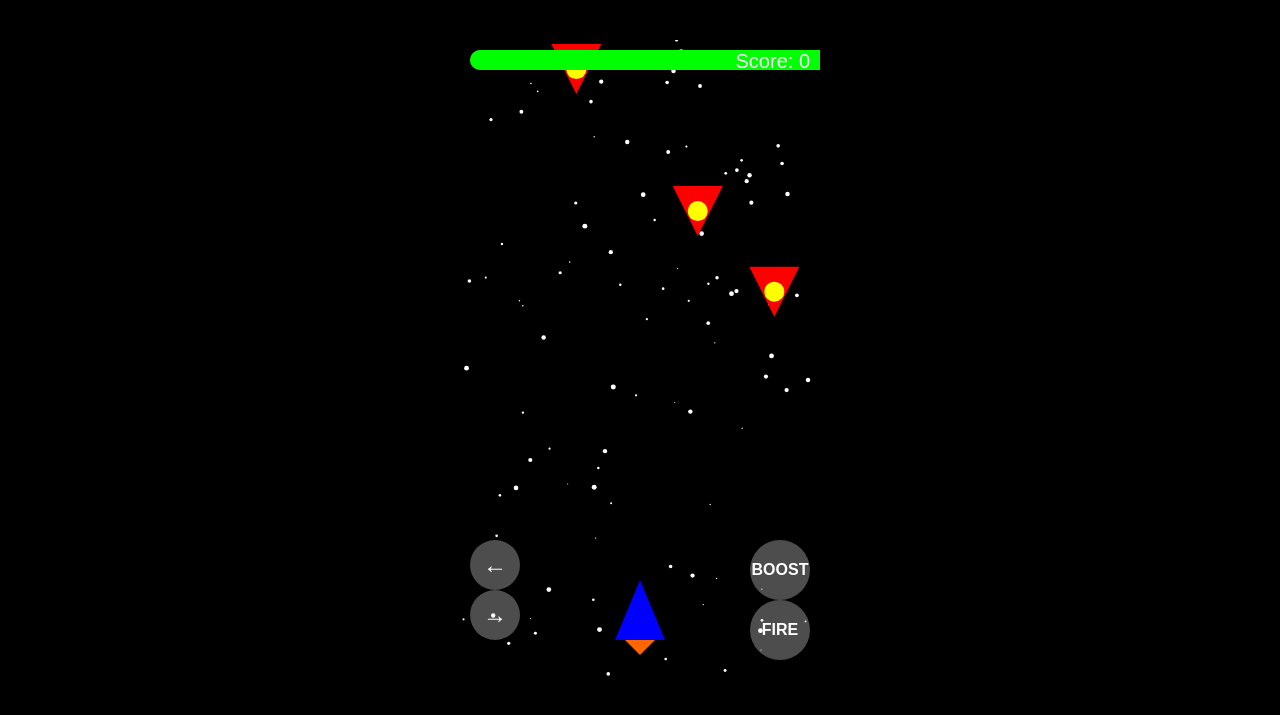
Repository: BiranOrundas/space-shooter
Page: space-shooter.html
The author's editor kept a copy of each file at every save. The page is drawn from the files as they stood at one save, then again after the next save.
The browser window is 1280 px wide. The pictures show the whole page.

Above is the page before, as saved 2025-03-13 13:08:27.

### space-shooter.html
<!DOCTYPE html>
<html lang="en">
<head>
  <meta charset="UTF-8">
  <meta name="viewport" content="width=device-width, initial-scale=1.0">
  <title>Space Shooter</title>
  <style>
    body {
      margin: 0;
      overflow: hidden;
      touch-action: none;
      font-family: Arial, sans-serif;
      background-color: #000;
      display: flex;
      justify-content: center;
      align-items: center;
      height: 100vh;
    }

    #game-container {
      position: relative;
      width: 360px;
      height: 640px;
      background-color: #000;
      overflow: hidden;
      touch-action: none;
    }

    #game-canvas {
      width: 100%;
      height: 100%;
    }

    #controls {
      position: absolute;
      bottom: 20px;
      left: 0;
      width: 100%;
      display: flex;
      justify-content: space-between;
      z-index: 10;
    }

    .direction-btn {
      width: 50px;
      height: 50px;
      background-color: rgba(255, 255, 255, 0.3);
      border-radius: 50%;
      display: flex;
      justify-content: center;
      align-items: center;
      color: white;
      font-weight: bold;
      font-size: 24px;
      user-select: none;
      margin: 0 10px;
    }

    .action-btn {
      width: 60px;
      height: 60px;
      background-color: rgba(255, 255, 255, 0.3);
      border-radius: 50%;
      display: flex;
      justify-content: center;
      align-items: center;
      color: white;
      font-weight: bold;
      font-size: 16px;
      user-select: none;
      margin: 0 10px;
    }

    #life-bar-container {
      position: absolute;
      top: 10px;
      left: 10px;
      width: 200px;
      height: 20px;
      background-color: rgba(255, 255, 255, 0.3);
      border-radius: 10px;
    }

    #life-bar {
      height: 100%;
      width: 100%;
      background-color: #0f0;
      border-radius: 10px;
      transition: width 0.3s;
    }

    #score {
      position: absolute;
      top: 10px;
      right: 10px;
      color: white;
      font-size: 20px;
    }

    #game-over {
      position: absolute;
      top: 0;
      left: 0;
      width: 100%;
      height: 100%;
      background-color: rgba(0, 0, 0, 0.8);
      display: none;
      flex-direction: column;
      justify-content: center;
      align-items: center;
      color: white;
      font-size: 30px;
      z-index: 20;
    }

    #restart-btn {
      margin-top: 20px;
      padding: 10px 20px;
      background-color: #0f0;
      color: black;
      border: none;
      border-radius: 5px;
      font-size: 18px;
      cursor: pointer;
    }

    .star {
      position: absolute;
      background-color: white;
      border-radius: 50%;
    }
  </style>
</head>
<body>
  <div id="game-container">
    <div id="life-bar-container">
      <div id="life-bar"></div>
    </div>
    <div id="score">Score: 0</div>
    <canvas id="game-canvas"></canvas>

    <div id="controls">
      <div id="movement-controls">
        <div class="direction-btn" id="left-btn">←</div>
        <div class="direction-btn" id="right-btn">→</div>
      </div>
      <div id="action-controls">
        <div class="action-btn" id="boost-btn">BOOST</div>
        <div class="action-btn" id="shoot-btn">FIRE</div>
      </div>
    </div>

    <div id="game-over">
      <div>GAME OVER</div>
      <div id="final-score">Score: 0</div>
      <button id="restart-btn">Restart</button>
    </div>
  </div>

  <script>
    // Game setup
    const canvas = document.getElementById('game-canvas');
    const ctx = canvas.getContext('2d');

    // Set canvas dimensions to match container
    const container = document.getElementById('game-container');
    canvas.width = container.clientWidth;
    canvas.height = container.clientHeight;

    // Game variables
    let score = 0;
    let gameOver = false;
    let animationId;

    // Player variables
    const player = {
      x: canvas.width / 2 - 25,
      y: canvas.height - 100,
      width: 50,
      height: 60,
      speed: 5,
      boostedSpeed: 10,
      isBoosting: false,
      life: 500,
      color: '#00f',
      cooldown: 0,
      lastShot: 0
    };

    // Game elements arrays
    const bullets = [];
    const enemies = [];
    const stars = [];

    // Control variables
    let leftPressed = false;
    let rightPressed = false;
    let shootPressed = false;
    let boostPressed = false;

    // Generate stars for background
    function createStars() {
      const starCount = 100;
      for (let i = 0; i < starCount; i++) {
        stars.push({
          x: Math.random() * canvas.width,
          y: Math.random() * canvas.height,
          size: Math.random() * 2 + 0.5,
          speed: Math.random() * 2 + 2.9
        });
      }
    }

    // Draw player's spaceship
    function drawPlayer() {
      // Draw player ship
      ctx.fillStyle = player.color;

      // Ship body
      ctx.beginPath();
      ctx.moveTo(player.x + player.width / 2, player.y);
      ctx.lineTo(player.x + player.width, player.y + player.height);
      ctx.lineTo(player.x, player.y + player.height);
      ctx.closePath();
      ctx.fill();

      // Engine flames
      if (player.isBoosting) {
        ctx.fillStyle = '#ff0';
      } else {
        ctx.fillStyle = '#f60';
      }

      const flameHeight = player.isBoosting ? 30 : 15;
      ctx.beginPath();
      ctx.moveTo(player.x + 10, player.y + player.height);
      ctx.lineTo(player.x + player.width / 2, player.y + player.height + flameHeight);
      ctx.lineTo(player.x + player.width - 10, player.y + player.height);
      ctx.closePath();
      ctx.fill();
    }

    // Create a bullet
    function shootBullet() {
      const now = Date.now();
      if (now - player.lastShot > 300) { // Cooldown in ms
        bullets.push({
          x: player.x + player.width / 2 - 3,
          y: player.y,
          width: 1,
          height: 15,
          speed: 10,
          color: '#f00'
        });
        player.lastShot = now;
      }
    }

    // Draw bullets
    function drawBullets() {
      bullets.forEach(bullet => {
        ctx.fillStyle = bullet.color;
        ctx.fillRect(bullet.x, bullet.y, bullet.width, bullet.height);
      });
    }

    // Create enemy ships
    function spawnEnemy() {
      if (Math.random() < 0.02 && !gameOver) {
        enemies.push({
          x: Math.random() * (canvas.width - 50),
          y: -50,
          width: 50,
          height: 50,
          speed: Math.random() * 2 + 1
        });
      }
    }

    // Draw enemy ships
    function drawEnemies() {
      enemies.forEach(enemy => {
        // Enemy ship body
        ctx.fillStyle = '#f00';
        ctx.beginPath();
        ctx.moveTo(enemy.x + enemy.width / 2, enemy.y + enemy.height);
        ctx.lineTo(enemy.x + enemy.width, enemy.y);
        ctx.lineTo(enemy.x, enemy.y);
        ctx.closePath();
        ctx.fill();

        // Enemy details
        ctx.fillStyle = '#ff0';
        ctx.beginPath();
        ctx.arc(enemy.x + enemy.width / 2, enemy.y + enemy.height / 2, 10, 0, Math.PI * 2);
        ctx.fill();
      });
    }

    // Draw stars background
    function drawStars() {
      ctx.fillStyle = 'white';
      stars.forEach(star => {
        ctx.beginPath();
        ctx.arc(star.x, star.y, star.size, 0, Math.PI * 2);
        ctx.fill();
      });
    }

    // Update star positions
    function updateStars() {
      stars.forEach(star => {
        star.y += star.speed;
        if (star.y > canvas.height) {
          star.y = 0;
          star.x = Math.random() * canvas.width;
        }
      });
    }

    // Update game elements
    function updateGameElements() {
      // Update player position
      if (leftPressed && player.x > 0) {
        player.x -= player.isBoosting ? player.boostedSpeed : player.speed;
      }
      if (rightPressed && player.x < canvas.width - player.width) {
        player.x += player.isBoosting ? player.boostedSpeed : player.speed;
      }

      // Update bullets
      for (let i = 0; i < bullets.length; i++) {
        bullets[i].y -= bullets[i].speed;

        // Remove bullets that are off screen
        if (bullets[i].y < 0) {
          bullets.splice(i, 1);
          i--;
        }
      }

      // Update enemies
      for (let i = 0; i < enemies.length; i++) {
        enemies[i].y += enemies[i].speed;

        // Check for collision with player
        if (
          player.x < enemies[i].x + enemies[i].width &&
          player.x + player.width > enemies[i].x &&
          player.y < enemies[i].y + enemies[i].height &&
          player.y + player.height > enemies[i].y
        ) {
          // Player hit by enemy
          player.life -= 30;
          updateLifeBar();

          // Remove enemy
          enemies.splice(i, 1);
          i--;

          // Check game over
          if (player.life <= 0) {
            endGame();
          }

          continue;
        }

        // Check for bullets hitting enemies
        for (let j = 0; j < bullets.length; j++) {
          if (
            bullets[j].x < enemies[i].x + enemies[i].width &&
            bullets[j].x + bullets[j].width > enemies[i].x &&
            bullets[j].y < enemies[i].y + enemies[i].height &&
            bullets[j].y + bullets[j].height > enemies[i].y
          ) {
            // Enemy hit by bullet
            score += 10;
            updateScore();

            // Remove enemy and bullet
            enemies.splice(i, 1);
            bullets.splice(j, 1);
            i--;
            break;
          }
        }

        // Remove enemies that are off screen
        if (enemies[i] && enemies[i].y > canvas.height) {
          enemies.splice(i, 1);
          i--;
        }
      }
    }

    // Update life bar
    function updateLifeBar() {
      const lifeBar = document.getElementById('life-bar');
      lifeBar.style.width = `${player.life}%`;

      // Change color based on life
      if (player.life > 60) {
        lifeBar.style.backgroundColor = '#0f0';
      } else if (player.life > 30) {
        lifeBar.style.backgroundColor = '#ff0';
      } else {
        lifeBar.style.backgroundColor = '#f00';
      }
    }

    // Update score display
    function updateScore() {
      document.getElementById('score').textContent = `Score: ${score}`;
    }

    // Game over
    function endGame() {
      gameOver = true;
      document.getElementById('game-over').style.display = 'flex';
      document.getElementById('final-score').textContent = `Score: ${score}`;
      cancelAnimationFrame(animationId);
    }

    // Main game loop
    function gameLoop() {
      // Clear canvas
      ctx.fillStyle = '#000';
      ctx.fillRect(0, 0, canvas.width, canvas.height);

      // Draw stars
      drawStars();
      updateStars();

      // Spawn enemies
      spawnEnemy();

      // Update game elements
      updateGameElements();

      // Fire bullet if shoot button is pressed
      if (shootPressed) {
        shootBullet();
      }

      // Draw game elements
      drawPlayer();
      drawBullets();
      drawEnemies();

      // Continue game loop
      if (!gameOver) {
        animationId = requestAnimationFrame(gameLoop);
      }
    }

    // Event listeners for keyboard controls
    document.addEventListener('keydown', (e) => {
      if (e.key === 'ArrowLeft' || e.key === 'a') leftPressed = true;
      if (e.key === 'ArrowRight' || e.key === 'd') rightPressed = true;
      if (e.key === ' ' || e.key === 'Enter') shootPressed = true;
      if (e.key === 'Shift') {
        boostPressed = true;
        player.isBoosting = true;
      }
    });

    document.addEventListener('keyup', (e) => {
      if (e.key === 'ArrowLeft' || e.key === 'a') leftPressed = false;
      if (e.key === 'ArrowRight' || e.key === 'd') rightPressed = false;
      if (e.key === ' ' || e.key === 'Enter') shootPressed = false;
      if (e.key === 'Shift') {
        boostPressed = false;
        player.isBoosting = false;
      }
    });

    // Touch controls
    const leftBtn = document.getElementById('left-btn');
    const rightBtn = document.getElementById('right-btn');
    const shootBtn = document.getElementById('shoot-btn');
    const boostBtn = document.getElementById('boost-btn');

    leftBtn.addEventListener('touchstart', (e) => {
      e.preventDefault();
      leftPressed = true;
    });

    leftBtn.addEventListener('touchend', (e) => {
      e.preventDefault();
      leftPressed = false;
    });

    rightBtn.addEventListener('touchstart', (e) => {
      e.preventDefault();
      rightPressed = true;
    });

    rightBtn.addEventListener('touchend', (e) => {
      e.preventDefault();
      rightPressed = false;
    });

    shootBtn.addEventListener('touchstart', (e) => {
      e.preventDefault();
      shootPressed = true;
    });

    shootBtn.addEventListener('touchend', (e) => {
      e.preventDefault();
      shootPressed = false;
    });

    boostBtn.addEventListener('touchstart', (e) => {
      e.preventDefault();
      boostPressed = true;
      player.isBoosting = true;
    });

    boostBtn.addEventListener('touchend', (e) => {
      e.preventDefault();
      boostPressed = false;
      player.isBoosting = false;
    });

    // Mouse controls (for testing on desktop)
    leftBtn.addEventListener('mousedown', () => {
      leftPressed = true;
    });

    leftBtn.addEventListener('mouseup', () => {
      leftPressed = false;
    });

    rightBtn.addEventListener('mousedown', () => {
      rightPressed = true;
    });

    rightBtn.addEventListener('mouseup', () => {
      rightPressed = false;
    });

    shootBtn.addEventListener('mousedown', () => {
      shootPressed = true;
    });

    shootBtn.addEventListener('mouseup', () => {
      shootPressed = false;
    });

    boostBtn.addEventListener('mousedown', () => {
      boostPressed = true;
      player.isBoosting = true;
    });

    boostBtn.addEventListener('mouseup', () => {
      boostPressed = false;
      player.isBoosting = false;
    });

    // Restart game
    document.getElementById('restart-btn').addEventListener('click', () => {
      // Reset game state
      score = 0;
      gameOver = false;
      player.life = 100;
      player.x = canvas.width / 2 - 25;
      player.y = canvas.height - 100;
      player.isBoosting = false;

      // Clear arrays
      bullets.length = 0;
      enemies.length = 0;

      // Update UI
      updateScore();
      updateLifeBar();

      // Hide game over screen
      document.getElementById('game-over').style.display = 'none';

      // Start game loop
      gameLoop();
    });

    // Initialize game
    function initGame() {
      createStars();
      updateLifeBar();
      gameLoop();
    }

    // Start the game
    window.addEventListener('load', initGame);
  </script>
</body>
</html>

After the next save:
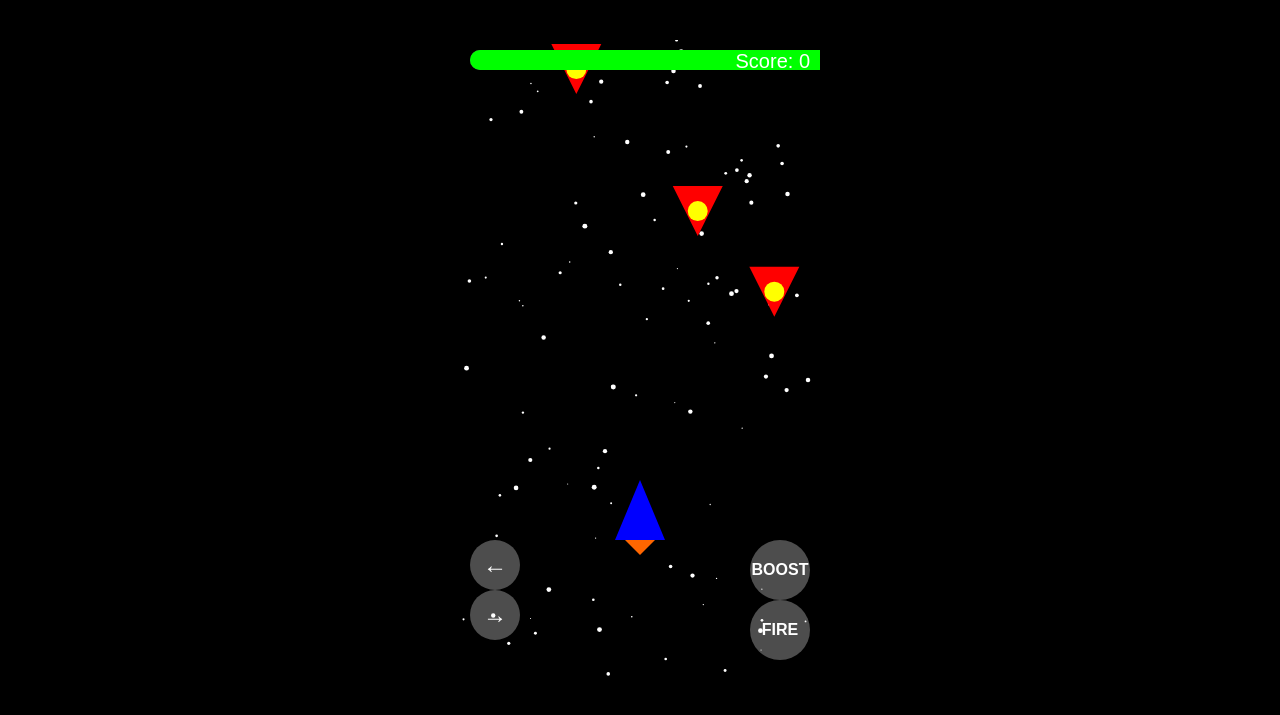
Saved 4 s later.
--- a/space-shooter.html
+++ b/space-shooter.html
@@ -175,7 +175,7 @@
     // Player variables
     const player = {
       x: canvas.width / 2 - 25,
-      y: canvas.height - 100,
+      y: canvas.height - 200,
       width: 50,
       height: 60,
       speed: 5,
